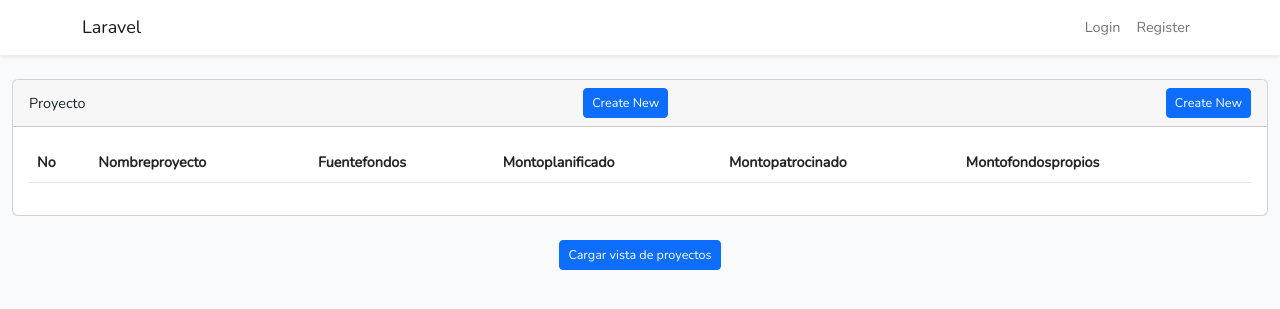
Repository: Hellcat98/Practica_laravel_alfredo
Page: http://localhost/proyecto
The author's editor kept a copy of each file at every save. The page is drawn from the files as they stood at one save, then again after the next save.
The browser window is 1280 px wide. The pictures show the whole page.
The page is served by the project's Laravel application, run on PHP 8.4 with Laravel 10. Style sheets and scripts are compiled from the project's sources, by tool versions that may differ from the author's. Queries for data that is not in the repository find no rows.

Above is the page before, as saved 2023-06-11 17:39:09.

After the next save:
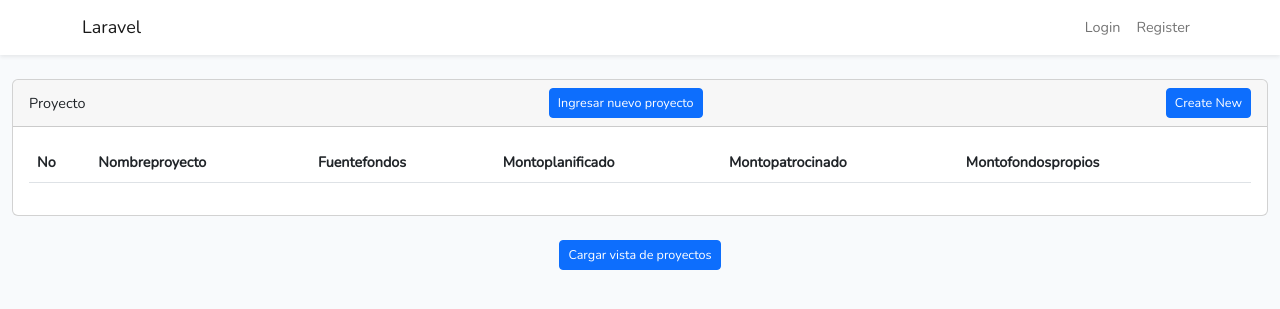
Saved 17 s later.
--- a/resources/views/proyecto/index.blade.php
+++ b/resources/views/proyecto/index.blade.php
@@ -18,7 +18,7 @@
 
                              <div class="float-right">
                                 <a href="{{ route('proyecto.create') }}" class="btn btn-primary btn-sm float-right"  data-placement="left">
-                                  {{ __('Create New') }}
+                                  {{ __('Ingresar nuevo proyecto') }}
                                 </a>
                               </div>
                               <div class="float-right">
